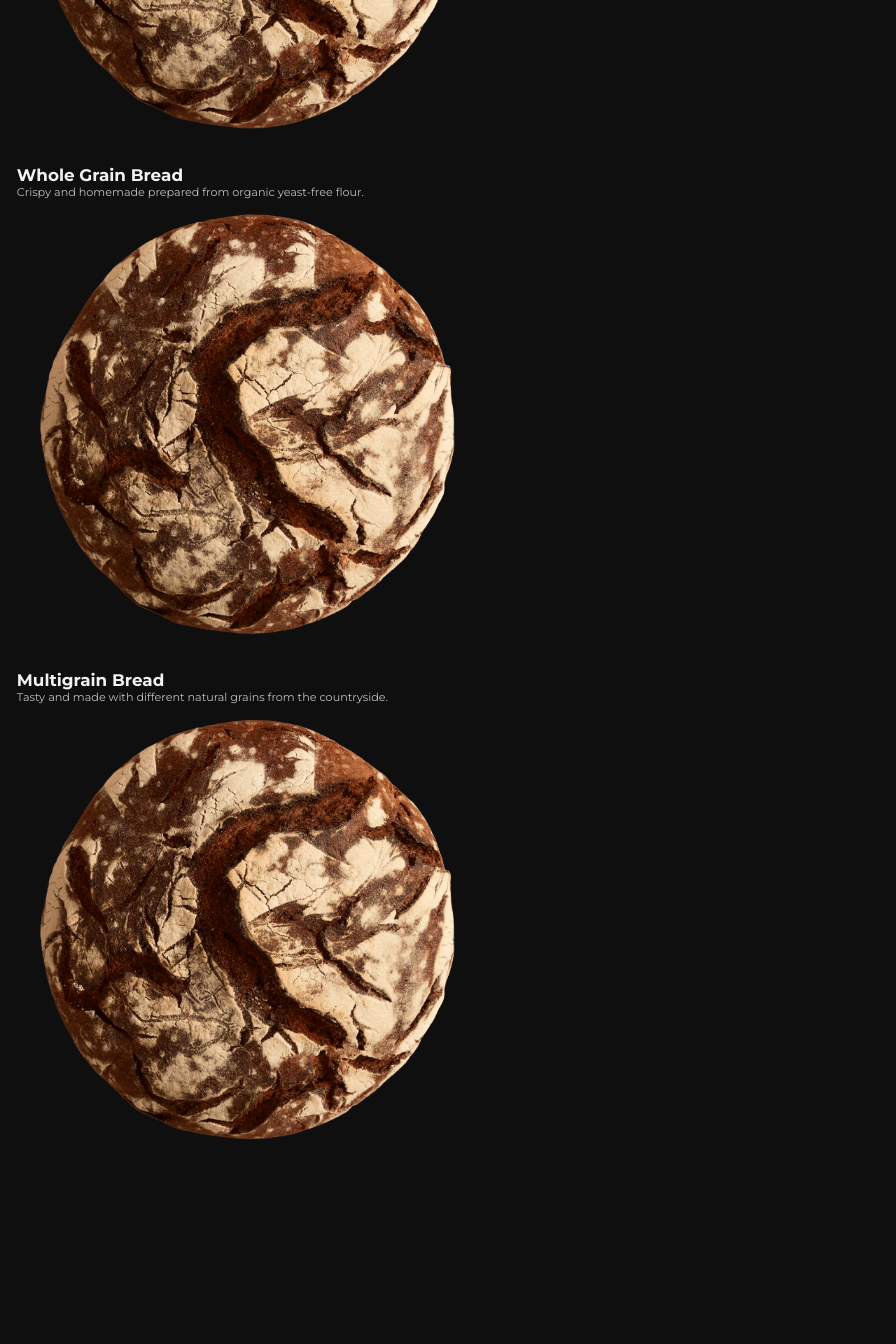
Repository: KinD2704/Web-University
Page: Buổi 8/B8/index.html
The author's editor kept a copy of each file at every save. The page is drawn from the files as they stood at one save, then again after the next save.
The browser window is 1280 px wide. The pictures show the part of the page from y = 1648 to 3568 px (the page is 3608 px tall), at 70% of full size.
Some web libraries are served in a nearby version.

Above is the page before, as saved 2024-01-30 10:12:24.

After the next save:
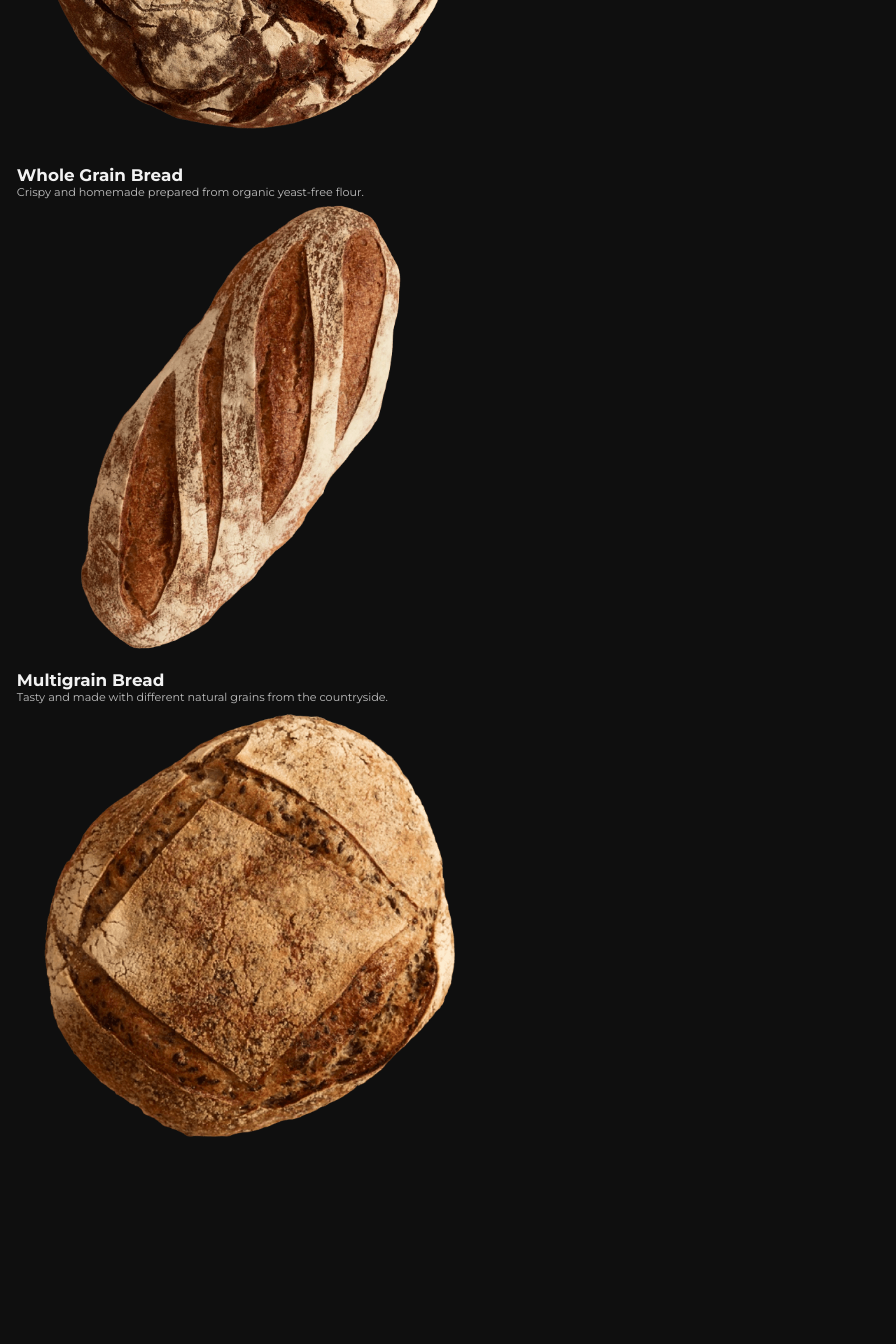
Saved 2 min 2 s later.
--- a/Buổi 8/B8/index.html
+++ b/Buổi 8/B8/index.html
@@ -165,7 +165,7 @@
                             </div>
 
                             <img
-                                src="assets/img/new-bread-1.png"
+                                src="assets/img/new-bread-2.png"
                                 alt="img"
                                 class="new__img"
                             />
@@ -181,7 +181,7 @@
                             </div>
 
                             <img
-                                src="assets/img/new-bread-1.png"
+                                src="assets/img/new-bread-3.png"
                                 alt="img"
                                 class="new__img"
                             />
